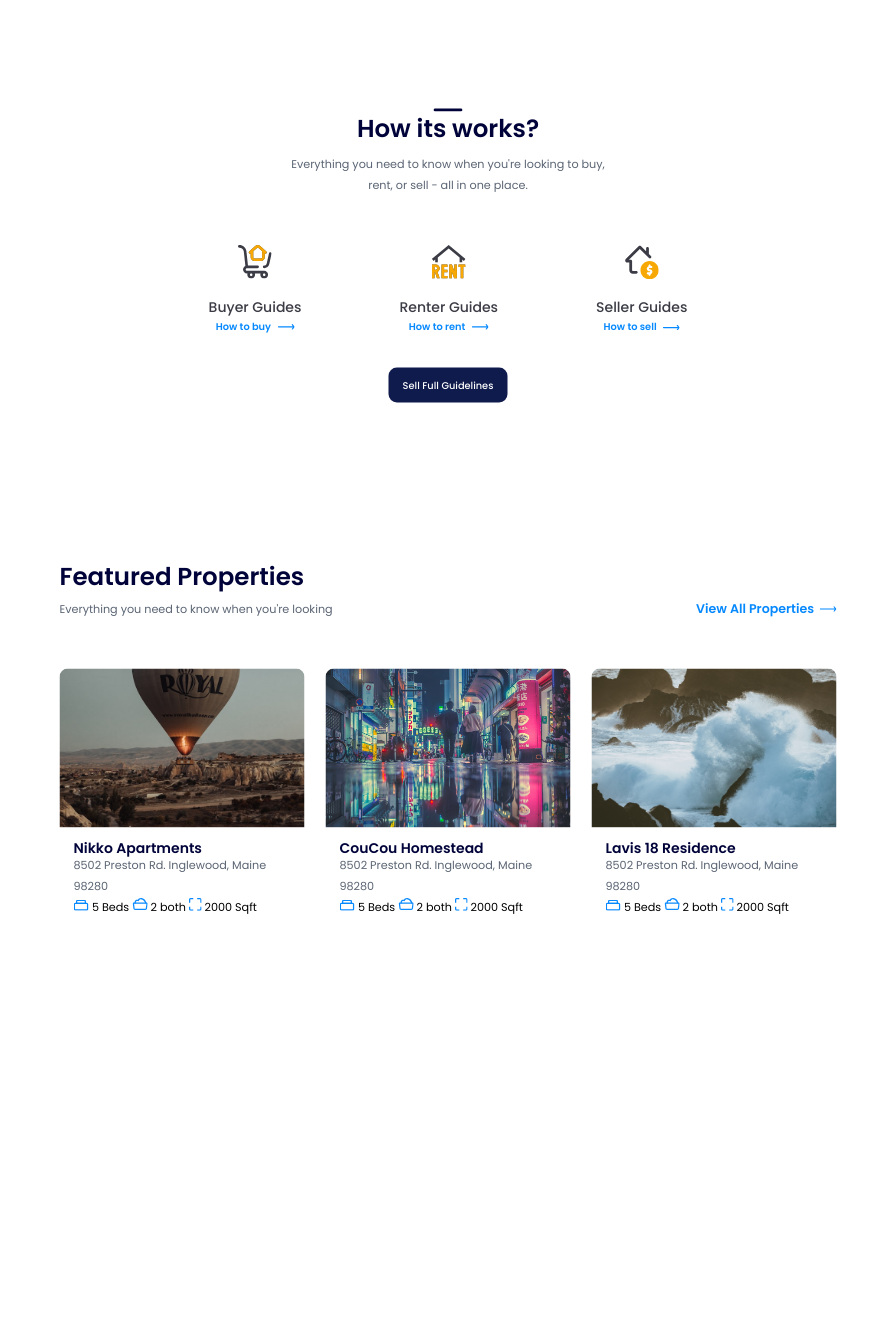
Repository: Tctiensk/f8-htmlcss-01
Page: index.html
These files come from the project's save history. The page is drawn as it stood at one moment and after the next save; the edit follows.
The browser window is 1280 px wide. The pictures show the part of the page from y = 1080 to 3000 px (the page is 3000 px tall), at 70% of full size.

Above is the page before, as saved 2022-12-04 11:34:20.

After the next save:
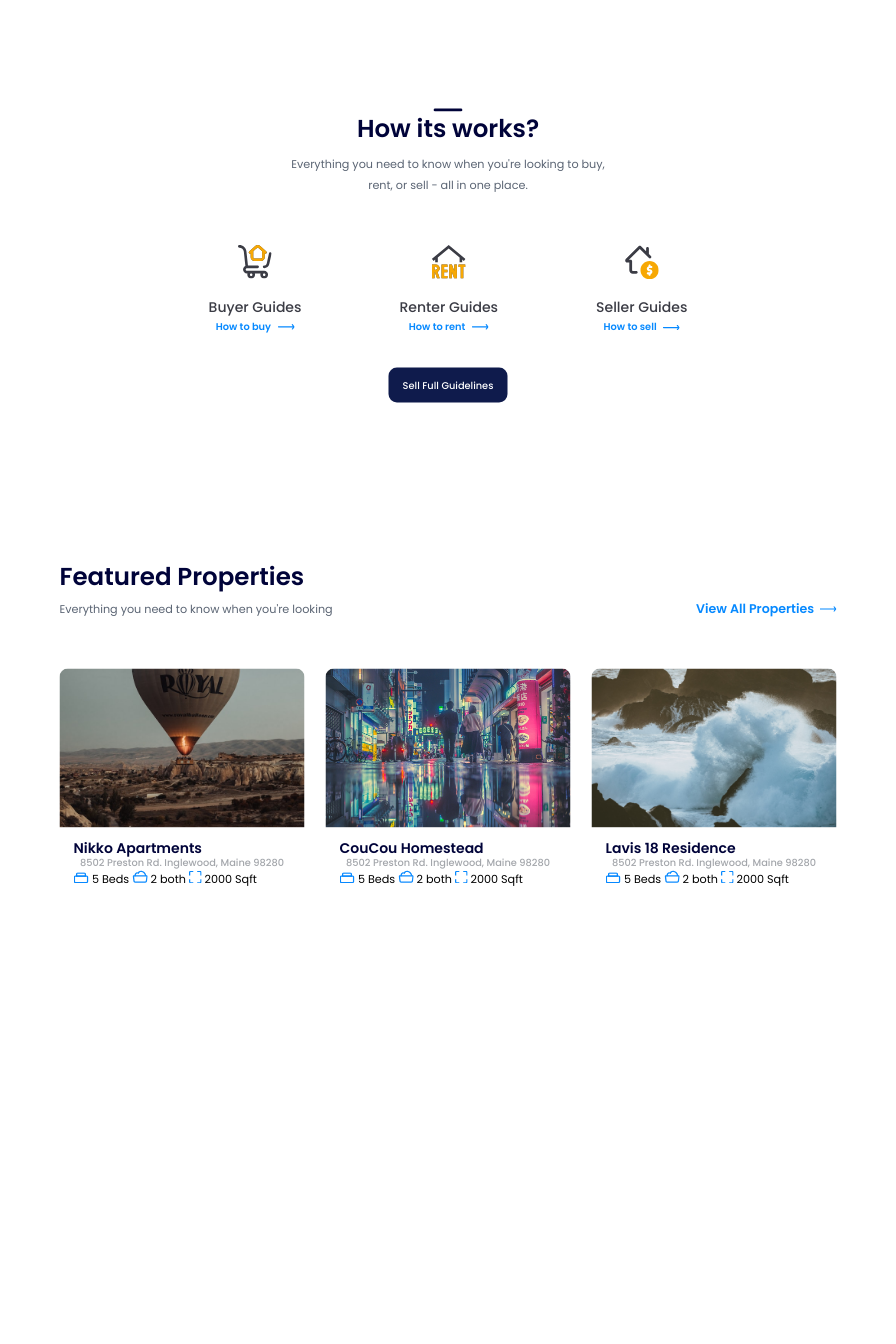
Saved 63 s later.
--- a/assets/css/style.css
+++ b/assets/css/style.css
@@ -257,3 +257,12 @@
 
     color: #000339;
 }
+.featured .item .desc {
+    font-weight: 500;
+    font-size: 14px;
+    line-height: 21px;
+
+    text-align: center;
+
+    color: #a3a6ab;
+}
